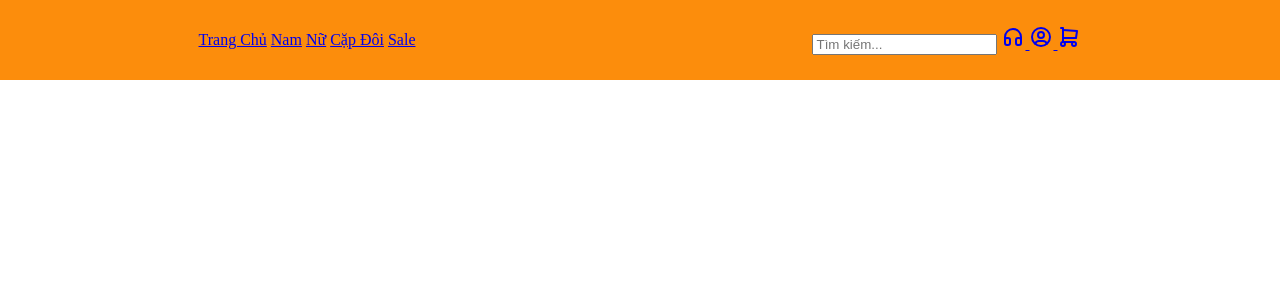
Repository: manhhieu120499/demo_page
Page: nam.html
An editor plug-in stored every save of this project. The page is shown before and after the next save, followed by the edit.
The browser window is 1280 px wide. The pictures show the whole page.

Above is the page before, as saved 2023-03-04 15:49:09.

### nam.html
<!DOCTYPE html>
<html lang="en">
<head>
    <meta charset="UTF-8">
    <meta http-equiv="X-UA-Compatible" content="IE=edge">
    <meta name="viewport" content="width=device-width, initial-scale=1.0">
    <title>Document</title>
    <link rel="stylesheet" href="./style_nam.css">
</head>
<body>
    <div class="wrap">
        <div class="header">
            <div class="header_nav">
                <a href="#">Trang Chủ</a>
                <a href="#">Nam</a>
                <a href="#">Nữ</a>
                <a href="#">Cặp Đôi</a>
                <a href="#">Sale</a>
            </div>
            <div class="right_header">
                <input type="text" placeholder="Tìm kiếm...">
                <a href="#">
                    <svg xmlns="http://www.w3.org/2000/svg" class="icon icon-tabler icon-tabler-headphones" width="24" height="24" viewBox="0 0 24 24" stroke-width="2" stroke="currentColor" fill="none" stroke-linecap="round" stroke-linejoin="round">
                        <path stroke="none" d="M0 0h24v24H0z" fill="none"></path>
                        <path d="M4 13m0 2a2 2 0 0 1 2 -2h1a2 2 0 0 1 2 2v3a2 2 0 0 1 -2 2h-1a2 2 0 0 1 -2 -2z"></path>
                        <path d="M15 13m0 2a2 2 0 0 1 2 -2h1a2 2 0 0 1 2 2v3a2 2 0 0 1 -2 2h-1a2 2 0 0 1 -2 -2z"></path>
                        <path d="M4 15v-3a8 8 0 0 1 16 0v3"></path>
                     </svg>
                </a>
                <a href="#">
                    <svg xmlns="http://www.w3.org/2000/svg" class="icon icon-tabler icon-tabler-user-circle" width="24" height="24" viewBox="0 0 24 24" stroke-width="2" stroke="currentColor" fill="none" stroke-linecap="round" stroke-linejoin="round">
                        <path stroke="none" d="M0 0h24v24H0z" fill="none"></path>
                        <path d="M12 12m-9 0a9 9 0 1 0 18 0a9 9 0 1 0 -18 0"></path>
                        <path d="M12 10m-3 0a3 3 0 1 0 6 0a3 3 0 1 0 -6 0"></path>
                        <path d="M6.168 18.849a4 4 0 0 1 3.832 -2.849h4a4 4 0 0 1 3.834 2.855"></path>
                     </svg>
                </a>
                <a href="#">
                    <svg xmlns="http://www.w3.org/2000/svg" class="icon icon-tabler icon-tabler-shopping-cart" width="24" height="24" viewBox="0 0 24 24" stroke-width="2" stroke="currentColor" fill="none" stroke-linecap="round" stroke-linejoin="round">
                        <path stroke="none" d="M0 0h24v24H0z" fill="none"></path>
                        <path d="M6 19m-2 0a2 2 0 1 0 4 0a2 2 0 1 0 -4 0"></path>
                        <path d="M17 19m-2 0a2 2 0 1 0 4 0a2 2 0 1 0 -4 0"></path>
                        <path d="M17 17h-11v-14h-2"></path>
                        <path d="M6 5l14 1l-1 7h-13"></path>
                     </svg>
                </a>
            </div>
        </div>
    </div>
</body>
</html>

### style_nam.css
* {
    margin: 0;
    box-sizing: border-box;
}

.header {
    background-color: #FC8D0C;
    width: 100%;
    height: 80px;
    display: flex;
    justify-content: space-around;
    align-items: center;
}

..header .header_nav {
    display: flex;
    justify-content: space-around;
    width: 50%;
}

After the next save:
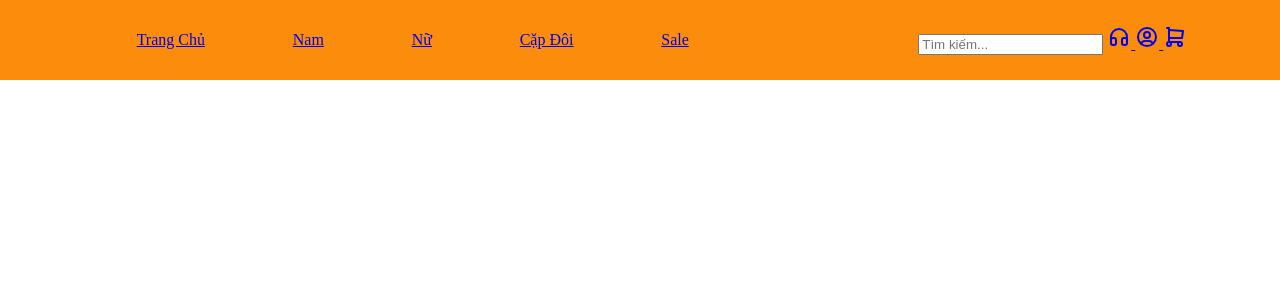
Saved 5 s later.
--- a/style_nam.css
+++ b/style_nam.css
@@ -12,7 +12,7 @@
     align-items: center;
 }
 
-..header .header_nav {
+.header .header_nav {
     display: flex;
     justify-content: space-around;
     width: 50%;
